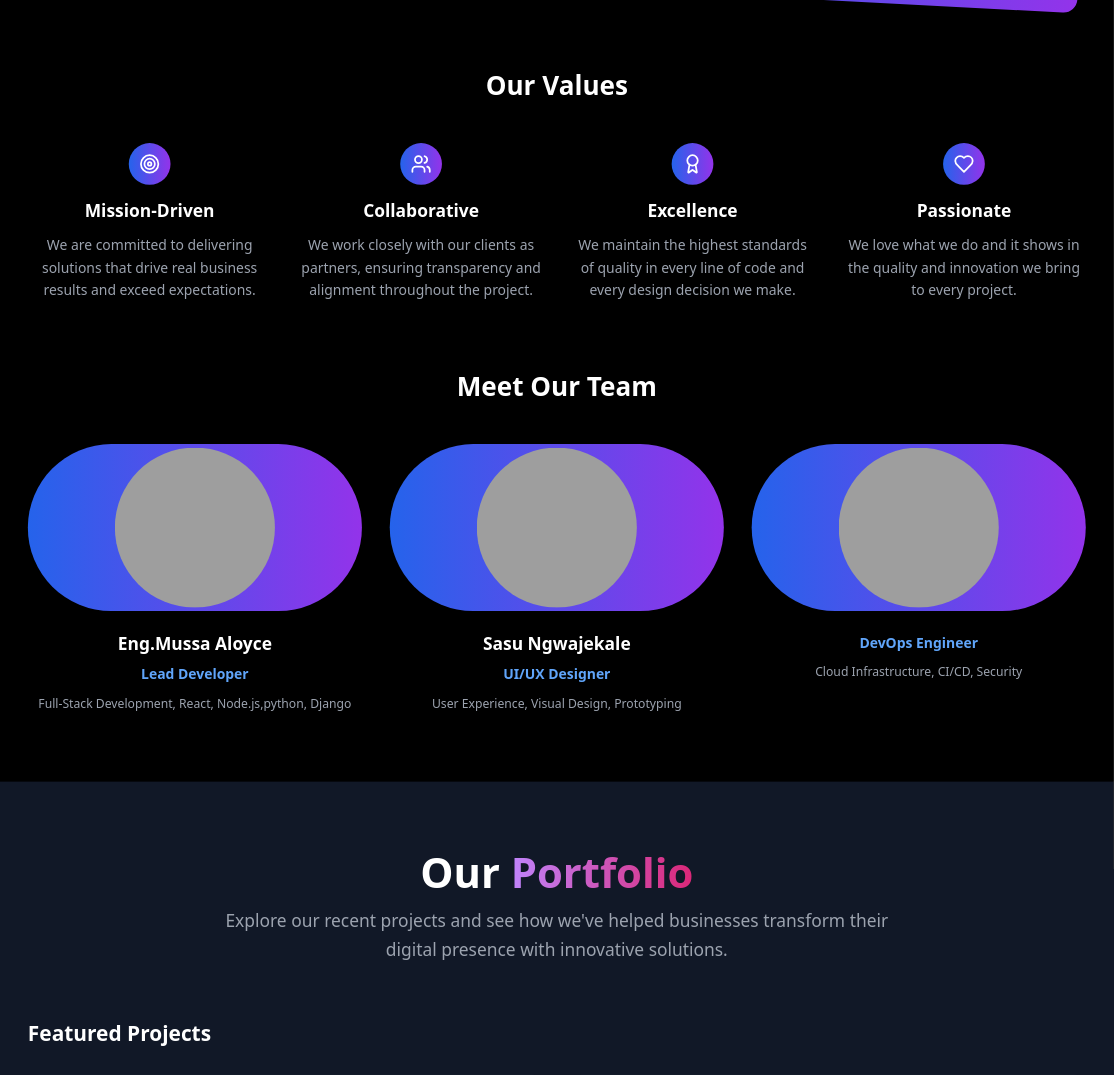
Repository: naza-webtech/nazawebtech.com
Page: /
These files come from the project's save history. The page is drawn as it stood at one moment and after a run of saves; the edit follows.
The browser window is 1280 px wide. The pictures show the part of the page from y = 3674 to 4910 px (the page is 9097 px tall), at 87% of full size.
Pictures or frames that could not be fetched are drawn as grey boxes. The project was rebuilt for these pictures with package versions that can differ from the ones it lists, and the page was loaded fresh each time. Also part of the build but not shown: vite.config.ts.

Above is the page before, as saved 2025-11-14 09:20:42.

### index.html
<!doctype html>
<html lang="en">
  <head>
    <meta charset="UTF-8" />
    <link rel="icon" type="image/svg+xml" href="/vite.svg" />
    <meta name="viewport" content="width=device-width, initial-scale=1.0" />
    <title>NazaWebTech - Web Development & Digital Solutions</title>
    <meta name="description" content="Transform your business with innovative web development, mobile apps, and digital solutions. Expert team delivering cutting-edge technology solutions.">
    <meta name="keywords" content="web development, mobile apps, e-commerce, digital solutions, React, Next.js, technology consulting">
  </head>
  <body>
    <div id="root"></div>
    <script type="module" src="/src/main.tsx"></script>
  </body>
</html>

### src/App.tsx
import React from 'react';
import Header from './components/Header';
import Hero from './components/Hero';
import Services from './components/Services';
import About from './components/About';
import Portfolio from './components/Portfolio';
import Testimonials from './components/Testimonials';
import Contact from './components/Contact';
import Footer from './components/Footer';

function App() {
  return (
    <div className="bg-black">
      <Header />
      <Hero />
      <Services />
      <About />
      <Portfolio />
      <Testimonials />
      <Contact />
      <Footer />
    </div>
  );
}

export default App;

### src/components/Header.tsx
import React, { useState, useEffect } from 'react';
import { Menu, X, Code2 } from 'lucide-react';

const Header = () => {
  const [isMenuOpen, setIsMenuOpen] = useState(false);
  const [isScrolled, setIsScrolled] = useState(false);

  useEffect(() => {
    const handleScroll = () => {
      setIsScrolled(window.scrollY > 50);
    };
    window.addEventListener('scroll', handleScroll);
    return () => window.removeEventListener('scroll', handleScroll);
  }, []);

  const navItems = [
    { label: 'Home', href: '#home' },
    { label: 'Services', href: '#services' },
    { label: 'About', href: '#about' },
    { label: 'Portfolio', href: '#portfolio' },
    { label: 'Contact', href: '#contact' },
  ];

  const scrollToSection = (href: string) => {
    const element = document.querySelector(href);
    if (element) {
      element.scrollIntoView({ behavior: 'smooth' });
      setIsMenuOpen(false);
    }
  };

  return (
    <header className={`fixed top-0 left-0 right-0 z-50 transition-all duration-300 ${
      isScrolled ? 'bg-gray-900/95 backdrop-blur-md shadow-lg' : 'bg-transparent'
    }`}>
      <div className="max-w-7xl mx-auto px-4 sm:px-6 lg:px-8">
        <div className="flex items-center justify-between h-16">
          <div className="flex items-center space-x-2">
            <Code2 className="h-8 w-8 text-blue-500" />
            <span className="text-xl font-bold text-white">NazaWebTech</span>
          </div>

          <nav className="hidden md:flex items-center space-x-8">
            {navItems.map((item) => (
              <button
                key={item.label}
                onClick={() => scrollToSection(item.href)}
                className="text-gray-300 hover:text-white transition-colors duration-200 font-medium"
              >
                {item.label}
              </button>
            ))}
            <button
              onClick={() => scrollToSection('#contact')}
              className="bg-blue-600 hover:bg-blue-700 text-white px-6 py-2 rounded-full transition-colors duration-200 font-medium"
            >
              Get Started
            </button>
          </nav>

          <button
            className="md:hidden text-white"
            onClick={() => setIsMenuOpen(!isMenuOpen)}
          >
            {isMenuOpen ? <X size={24} /> : <Menu size={24} />}
          </button>
        </div>

        {/* Mobile menu */}
        {isMenuOpen && (
          <div className="md:hidden bg-gray-900/95 backdrop-blur-md rounded-lg mt-2 p-4">
            {navItems.map((item) => (
              <button
                key={item.label}
                onClick={() => scrollToSection(item.href)}
                className="block w-full text-left text-gray-300 hover:text-white py-2 transition-colors duration-200"
              >
                {item.label}
              </button>
            ))}
            <button
              onClick={() => scrollToSection('#contact')}
              className="w-full bg-blue-600 hover:bg-blue-700 text-white px-6 py-2 rounded-full transition-colors duration-200 mt-4"
            >
              Get Started
            </button>
          </div>
        )}
      </div>
    </header>
  );
};

export default Header;

### src/components/Hero.tsx
import React from 'react';
import { ArrowRight, Play } from 'lucide-react';

const Hero = () => {
  const scrollToSection = (href: string) => {
    const element = document.querySelector(href);
    if (element) {
      element.scrollIntoView({ behavior: 'smooth' });
    }
  };

  return (
    <section id="home" className="relative min-h-screen flex items-center justify-center overflow-hidden">
      {/* Background */}
      <div className="absolute inset-0 bg-gradient-to-br from-gray-900 via-gray-800 to-black">
        <div className="absolute inset-0 bg-[url('https://images.pexels.com/photos/546819/pexels-photo-546819.jpeg')] bg-cover bg-center opacity-10"></div>
        <div className="absolute inset-0 bg-gradient-to-r from-blue-600/20 to-purple-600/20"></div>
      </div>

      {/* Animated particles */}
      <div className="absolute inset-0">
        {[...Array(20)].map((_, i) => (
          <div
            key={i}
            className="absolute w-2 h-2 bg-blue-500 rounded-full opacity-30 animate-pulse"
            style={{
              left: `${Math.random() * 100}%`,
              top: `${Math.random() * 100}%`,
              animationDelay: `${Math.random() * 3}s`,
              animationDuration: `${2 + Math.random() * 3}s`,
            }}
          />
        ))}
      </div>

      <div className="relative z-10 max-w-7xl mx-auto px-4 sm:px-6 lg:px-8 text-center">
        <div className="max-w-4xl mx-auto">
          <h1 className="text-5xl md:text-7xl font-bold text-white mb-6 leading-tight">
            <span className="bg-gradient-to-r from-blue-400 to-purple-600 bg-clip-text text-transparent">
              Crafting
            </span>{' '}
            Digital Excellence
          </h1>

          <p className="text-xl md:text-2xl text-gray-300 mb-8 leading-relaxed max-w-3xl mx-auto">
            We transform your vision into powerful digital experiences through cutting-edge web development,
            innovative design, and strategic technology solutions.
          </p>

          <div className="flex flex-col sm:flex-row items-center justify-center gap-4 mb-12">
            <button
              onClick={() => scrollToSection('#services')}
              className="group bg-blue-600 hover:bg-blue-700 text-white px-8 py-4 rounded-full font-semibold transition-all duration-300 transform hover:scale-105 hover:shadow-xl flex items-center gap-2"
            >
              Explore Our Services
              <ArrowRight className="w-5 h-5 group-hover:translate-x-1 transition-transform duration-300" />
            </button>

            <button
              onClick={() => scrollToSection('#portfolio')}
              className="group bg-transparent border-2 border-white text-white hover:bg-white hover:text-gray-900 px-8 py-4 rounded-full font-semibold transition-all duration-300 flex items-center gap-2"
            >
              <Play className="w-5 h-5" />
              View Our Work
            </button>
          </div>

          <div className="grid grid-cols-1 md:grid-cols-3 gap-8 mt-16">
            <div className="text-center">
              <div className="text-4xl font-bold text-blue-400 mb-2">50+</div>
              <div className="text-gray-400">Projects Completed</div>
            </div>
            <div className="text-center">
              <div className="text-4xl font-bold text-emerald-400 mb-2">5+</div>
              <div className="text-gray-400">Years Experience</div>
            </div>
            <div className="text-center">
              <div className="text-4xl font-bold text-orange-400 mb-2">100%</div>
              <div className="text-gray-400">Client Satisfaction</div>
            </div>
          </div>
        </div>
      </div>

      {/* Scroll indicator */}
      <div className="absolute bottom-8 left-1/2 transform -translate-x-1/2 animate-bounce">
        <div className="w-6 h-10 border-2 border-white rounded-full flex justify-center">
          <div className="w-1 h-3 bg-white rounded-full mt-2 animate-pulse"></div>
        </div>
      </div>
    </section>
  );
};

export default Hero;

### src/components/About.tsx
import React from 'react';
import { Users, Award, Target, Heart } from 'lucide-react';

const About = () => {
  const values = [
    {
      icon: <Target className="w-6 h-6" />,
      title: 'Mission-Driven',
      description: 'We are committed to delivering solutions that drive real business results and exceed expectations.'
    },
    {
      icon: <Users className="w-6 h-6" />,
      title: 'Collaborative',
      description: 'We work closely with our clients as partners, ensuring transparency and alignment throughout the project.'
    },
    {
      icon: <Award className="w-6 h-6" />,
      title: 'Excellence',
      description: 'We maintain the highest standards of quality in every line of code and every design decision we make.'
    },
    {
      icon: <Heart className="w-6 h-6" />,
      title: 'Passionate',
      description: 'We love what we do and it shows in the quality and innovation we bring to every project.'
    }
  ];

  const team = [
    {
      name: 'Eng.Mussa Aloyce',
      role: 'Lead Developer',
      image: 'p',
      expertise: 'Full-Stack Development, React, Node.js,python, Django'
    },
    {
      name: 'Sasu Ngwajekale',
      role: 'UI/UX Designer',
      image: 'https://images.pexels.com/photos/774909/pexels-photo-774909.jpeg',
      expertise: 'User Experience, Visual Design, Prototyping'
    },
    {
      name: '',
      role: 'DevOps Engineer',
      image: 'https://images.pexels.com/photos/697509/pexels-photo-697509.jpeg',
      expertise: 'Cloud Infrastructure, CI/CD, Security'
    }
  ];

  return (
    <section id="about" className="py-20 bg-black">
      <div className="max-w-7xl mx-auto px-4 sm:px-6 lg:px-8">
        <div className="text-center mb-16">
          <h2 className="text-4xl md:text-5xl font-bold text-white mb-4">
            About <span className="bg-gradient-to-r from-emerald-400 to-blue-600 bg-clip-text text-transparent">NazaWebTech</span>
          </h2>
          <p className="text-xl text-gray-400 max-w-3xl mx-auto leading-relaxed">
            We're a passionate team of developers, designers, and strategists dedicated to creating
            exceptional digital experiences that drive business growth.
          </p>
        </div>

        <div className="grid grid-cols-1 lg:grid-cols-2 gap-16 items-center mb-20">
          <div>
            <h3 className="text-3xl font-bold text-white mb-6">Our Story</h3>
            <p className="text-gray-300 mb-6 leading-relaxed">
              Founded in 2019, NazaWebTech began as a vision to bridge the gap between cutting-edge
              technology and business success. We've grown from a small startup to a trusted partner
              for businesses ranging from startups to enterprise corporations.
            </p>
            <p className="text-gray-300 mb-6 leading-relaxed">
              Our approach combines technical expertise with deep business understanding, ensuring
              that every solution we create not only works flawlessly but also drives measurable
              results for our clients.
            </p>
            <div className="flex items-center space-x-8">
              <div>
                <div className="text-2xl font-bold text-emerald-400">50+</div>
                <div className="text-gray-400 text-sm">Happy Clients</div>
              </div>
              <div>
                <div className="text-2xl font-bold text-blue-400">100+</div>
                <div className="text-gray-400 text-sm">Projects</div>
              </div>
              <div>
                <div className="text-2xl font-bold text-orange-400">5+</div>
                <div className="text-gray-400 text-sm">Years</div>
              </div>
            </div>
          </div>

          <div className="relative">
            <div className="absolute inset-0 bg-gradient-to-r from-blue-600 to-purple-600 rounded-2xl transform rotate-3"></div>
            <img
              src="https://images.pexels.com/photos/3183150/pexels-photo-3183150.jpeg"
              alt="Team working"
              className="relative rounded-2xl w-full h-96 object-cover"
            />
          </div>
        </div>

        <div className="mb-20">
          <h3 className="text-3xl font-bold text-white text-center mb-12">Our Values</h3>
          <div className="grid grid-cols-1 md:grid-cols-2 lg:grid-cols-4 gap-8">
            {values.map((value, index) => (
              <div key={index} className="text-center">
                <div className="bg-gradient-to-r from-blue-600 to-purple-600 w-12 h-12 rounded-full flex items-center justify-center mx-auto mb-4 text-white">
                  {value.icon}
                </div>
                <h4 className="text-xl font-bold text-white mb-3">{value.title}</h4>
                <p className="text-gray-400 leading-relaxed">{value.description}</p>
              </div>
            ))}
          </div>
        </div>

        <div>
          <h3 className="text-3xl font-bold text-white text-center mb-12">Meet Our Team</h3>
          <div className="grid grid-cols-1 md:grid-cols-3 gap-8">
            {team.map((member, index) => (
              <div key={index} className="group text-center">
                <div className="relative mb-6">
                  <div className="absolute inset-0 bg-gradient-to-r from-blue-600 to-purple-600 rounded-full transform group-hover:scale-105 transition-transform duration-300"></div>
                  <img
                    src={member.image}
                    alt={member.name}
                    className="relative w-48 h-48 rounded-full object-cover mx-auto p-1"
                  />
                </div>
                <h4 className="text-xl font-bold text-white mb-2">{member.name}</h4>
                <p className="text-blue-400 font-semibold mb-3">{member.role}</p>
                <p className="text-gray-400 text-sm">{member.expertise}</p>
              </div>
            ))}
          </div>
        </div>
      </div>
    </section>
  );
};

export default About;

### src/components/Testimonials.tsx
import React from 'react';
import { Star, Quote } from 'lucide-react';

const Testimonials = () => {
  const testimonials = [
    {
      name: 'M',
      role: 'CEO, TechStart Inc.',
      image: 'https://images.pexels.com/photos/415829/pexels-photo-415829.jpeg',
      content: 'NazaWebTech transformed our outdated website into a modern, high-performing platform that increased our conversions by 200%. Their attention to detail and technical expertise is unmatched.',
      rating: 5
    },
    {
      name: 'David Kim',
      role: 'Founder, EcoCommerce',
      image: 'https://images.pexels.com/photos/1222271/pexels-photo-1222271.jpeg',
      content: 'Working with NazaWebTech was a game-changer for our e-commerce business. They delivered a scalable solution that handles our peak traffic seamlessly. Highly recommended!',
      rating: 5
    },
    {
      name: 'Maria Santos',
      role: 'CTO, HealthTech Solutions',
      image: 'https://images.pexels.com/photos/733872/pexels-photo-733872.jpeg',
      content: 'The team\'s expertise in healthcare technology and compliance requirements was impressive. They delivered a HIPAA-compliant platform that exceeds all our expectations.',
      rating: 5
    },
    {
      name: 'Robert Chen',
      role: 'Director, Financial Services',
      image: 'https://images.pexels.com/photos/1043471/pexels-photo-1043471.jpeg',
      content: 'Security and performance were our top priorities, and NazaWebTech delivered on both fronts. Our mobile app has been running flawlessly with zero security incidents.',
      rating: 5
    }
  ];

  return (
    <section className="py-20 bg-black">
      <div className="max-w-7xl mx-auto px-4 sm:px-6 lg:px-8">
        <div className="text-center mb-16">
          <h2 className="text-4xl md:text-5xl font-bold text-white mb-4">
            What Our <span className="bg-gradient-to-r from-yellow-400 to-orange-600 bg-clip-text text-transparent">Clients Say</span>
          </h2>
          <p className="text-xl text-gray-400 max-w-3xl mx-auto leading-relaxed">
            Don't just take our word for it. Here's what our clients have to say about
            working with NazaWebTech.
          </p>
        </div>

        <div className="grid grid-cols-1 md:grid-cols-2 gap-8">
          {testimonials.map((testimonial, index) => (
            <div
              key={index}
              className="group bg-gray-900/50 backdrop-blur-sm rounded-2xl p-8 border border-gray-700/50 hover:border-yellow-500/50 transition-all duration-300 hover:transform hover:scale-105 hover:shadow-2xl relative"
            >
              <Quote className="absolute top-6 right-6 w-8 h-8 text-yellow-500/20" />

              <div className="flex items-center mb-6">
                <img
                  src={testimonial.image}
                  alt={testimonial.name}
                  className="w-16 h-16 rounded-full object-cover mr-4"
                />
                <div>
                  <h4 className="text-xl font-bold text-white">{testimonial.name}</h4>
                  <p className="text-gray-400">{testimonial.role}</p>
                </div>
              </div>

              <div className="flex mb-4">
                {[...Array(testimonial.rating)].map((_, starIndex) => (
                  <Star key={starIndex} className="w-5 h-5 text-yellow-500 fill-current" />
                ))}
              </div>

              <p className="text-gray-300 leading-relaxed italic">
                "{testimonial.content}"
              </p>
            </div>
          ))}
        </div>

        <div className="text-center mt-16">
          <div className="inline-flex items-center space-x-8 bg-gray-900/50 rounded-full px-8 py-4 border border-gray-700/50">
            <div className="text-center">
              <div className="text-2xl font-bold text-yellow-400">4.9/5</div>
              <div className="text-gray-400 text-sm">Average Rating</div>
            </div>
            <div className="w-px h-12 bg-gray-700"></div>
            <div className="text-center">
              <div className="text-2xl font-bold text-yellow-400">50+</div>
              <div className="text-gray-400 text-sm">Happy Clients</div>
            </div>
            <div className="w-px h-12 bg-gray-700"></div>
            <div className="text-center">
              <div className="text-2xl font-bold text-yellow-400">100%</div>
              <div className="text-gray-400 text-sm">Satisfaction</div>
            </div>
          </div>
        </div>
      </div>
    </section>
  );
};

export default Testimonials;

Loaded but not shown: src/main.tsx (common file); src/index.css (common file); tailwind.config.js (common file); src/components/Portfolio.tsx (201 lines, source omitted); src/components/Contact.tsx (201 lines, source omitted); src/components/Services.tsx (136 lines, source omitted); src/components/Footer.tsx (142 lines, source omitted)

After the next 2 saves:
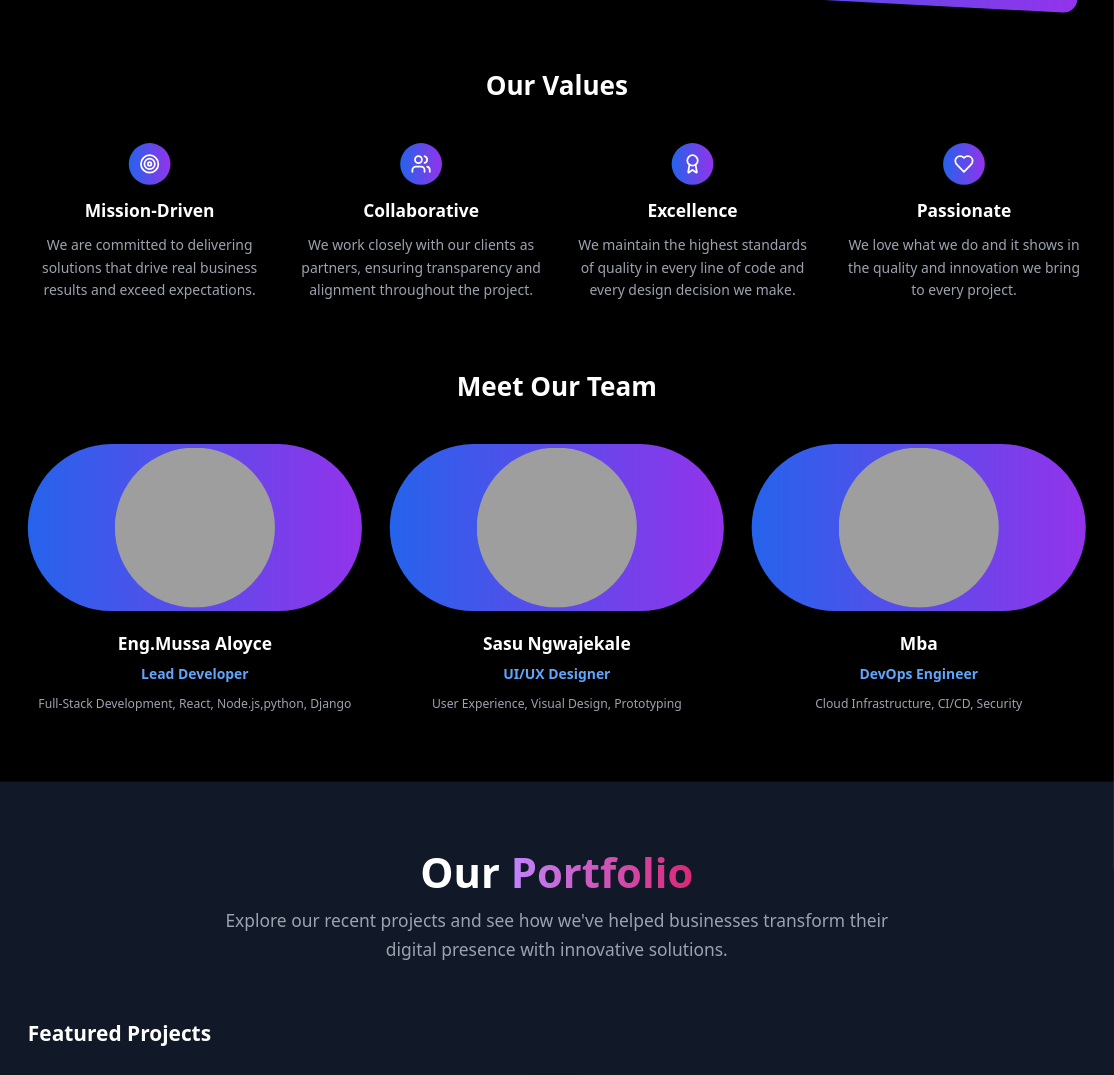
The 2 saves are shown as one change because they came seconds apart.
The last was saved 5 s later.
--- a/src/components/About.tsx
+++ b/src/components/About.tsx
@@ -39,7 +39,7 @@ const About = () => {
       expertise: 'User Experience, Visual Design, Prototyping'
     },
     {
-      name: '',
+      name: 'Mba',
       role: 'DevOps Engineer',
       image: 'https://images.pexels.com/photos/697509/pexels-photo-697509.jpeg',
       expertise: 'Cloud Infrastructure, CI/CD, Security'
